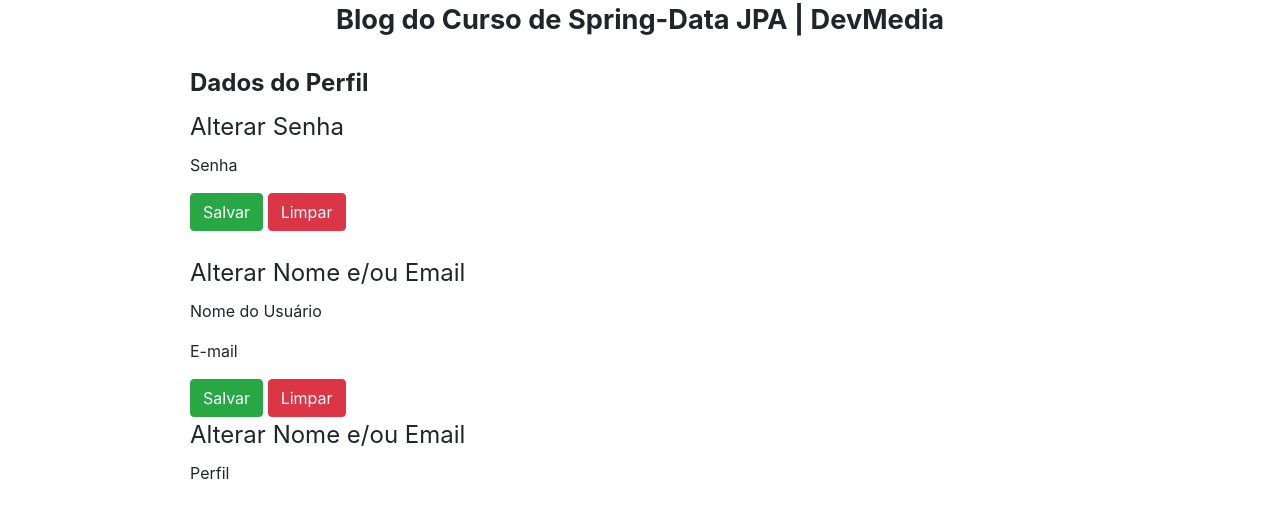
Repository: f4br1c10/Curso-Spring-Devmedia
Page: http://localhost/blog/WEB-INF/views/usuario/atualizar.jsp
An editor plug-in stored every save of this project. The page is shown before and after the next save, followed by the edit.
The browser window is 1280 px wide. The pictures show the whole page.
The page is served by Tomcat 9. Nobody is signed in. The template is opened directly, without the code that normally fills it, so the values that code supplies are empty.

Above is the page before, as saved 2019-07-10 16:26:44.

After the next save:
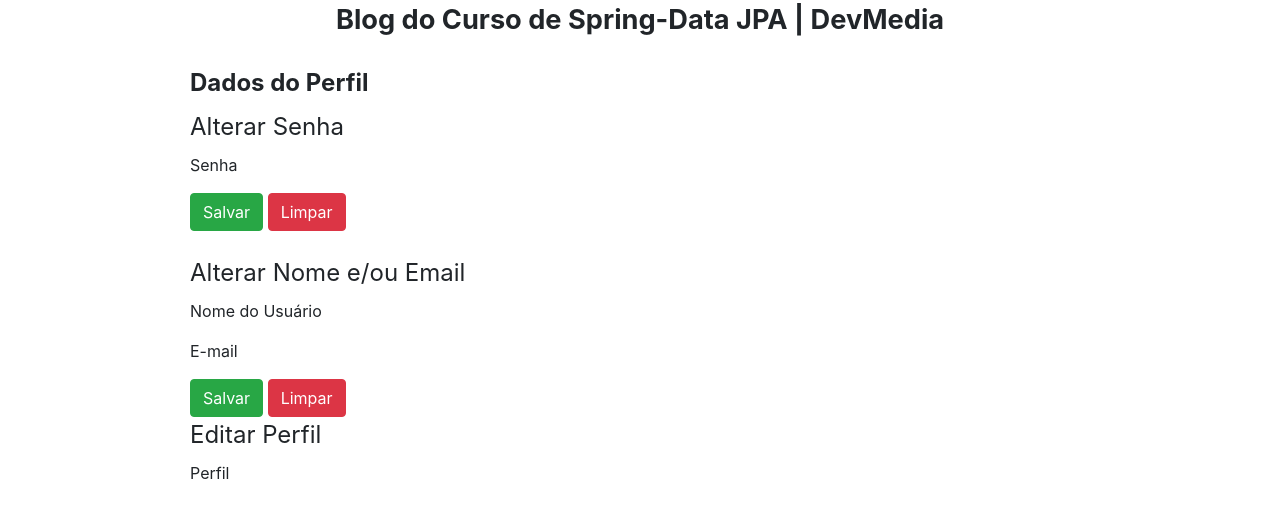
Saved 45 s later.
--- a/blog/src/main/webapp/WEB-INF/views/usuario/atualizar.jsp
+++ b/blog/src/main/webapp/WEB-INF/views/usuario/atualizar.jsp
@@ -96,7 +96,7 @@ fieldset.group .campo {
 		<form:form modelAttribute="usuario" action="${save}" method="POST">
 			<form:hidden path="id"/>
 			<fieldset class="group">
-				<legend>Alterar Nome e/ou Email</legend>
+				<legend>Editar Perfil</legend>
 				<div class="form-group">
 					<form:label path="perfil">Perfil</form:label>
 					<br>
